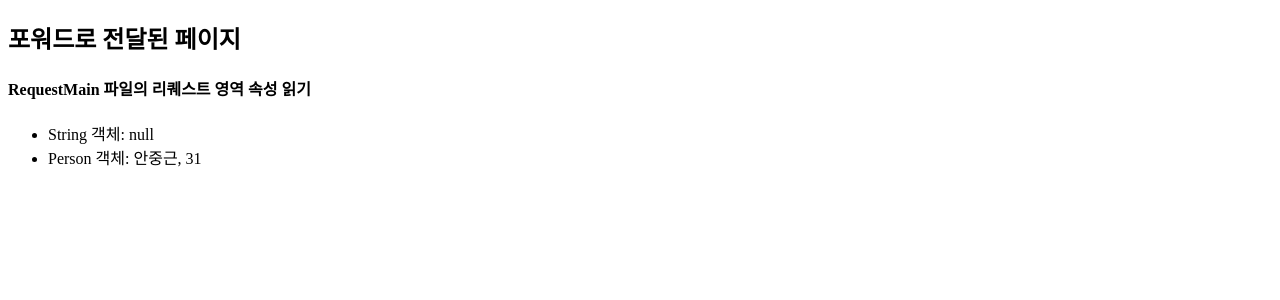
Repository: bhj305/JSP_Servlet
Page: http://localhost/MustHaveJSP/03Scope/RequestMain.jsp
An editor plug-in stored every save of this project. The page is shown before and after the next save, followed by the edit.
The browser window is 1280 px wide. The pictures show the whole page.
The page is served by Tomcat 10.

Above is the page before, as saved 2025-05-07 03:09:16.

After the next save:
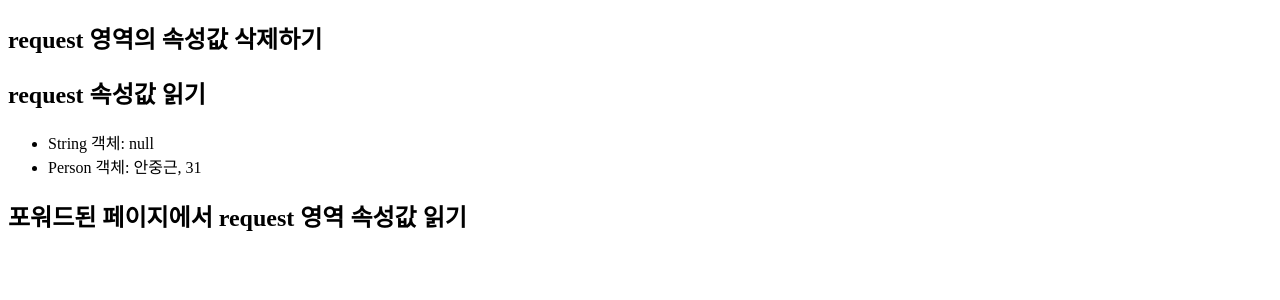
Saved 114 s later.
--- a/MustHaveJSP/src/main/webapp/03Scope/RequestMain.jsp
+++ b/MustHaveJSP/src/main/webapp/03Scope/RequestMain.jsp
@@ -33,9 +33,7 @@
 
 		<h2>포워드된 페이지에서 request 영역 속성값 읽기</h2>
 		<%
-		request
-		.getRequestDispatcher("RequestForward.jsp?paramHan=한글&paramEng=English")
-		.forward(request, response);
+
 		%>
 	</body>
 </html>

After the save that followed:
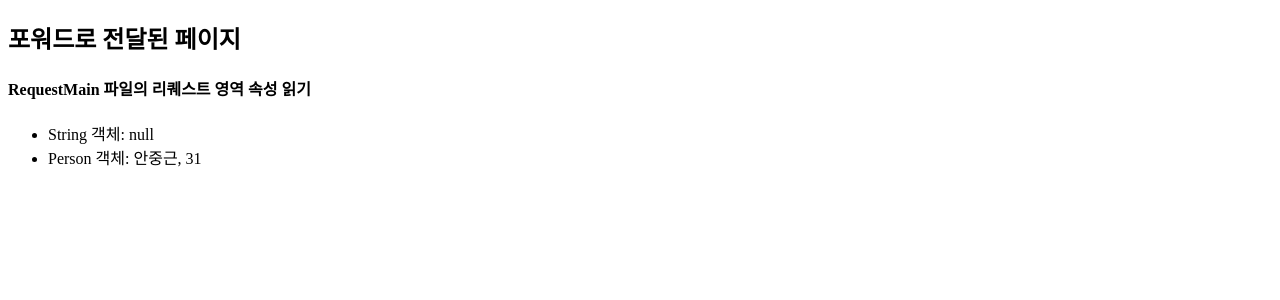
Saved 12 s later.
--- a/MustHaveJSP/src/main/webapp/03Scope/RequestMain.jsp
+++ b/MustHaveJSP/src/main/webapp/03Scope/RequestMain.jsp
@@ -33,7 +33,9 @@
 
 		<h2>포워드된 페이지에서 request 영역 속성값 읽기</h2>
 		<%
-
+		request
+		.getRequestDispatcher("RequestForward.jsp?paramHan=한글&paramEng=English")
+		.forward(request, response);
 		%>
 	</body>
 </html>
